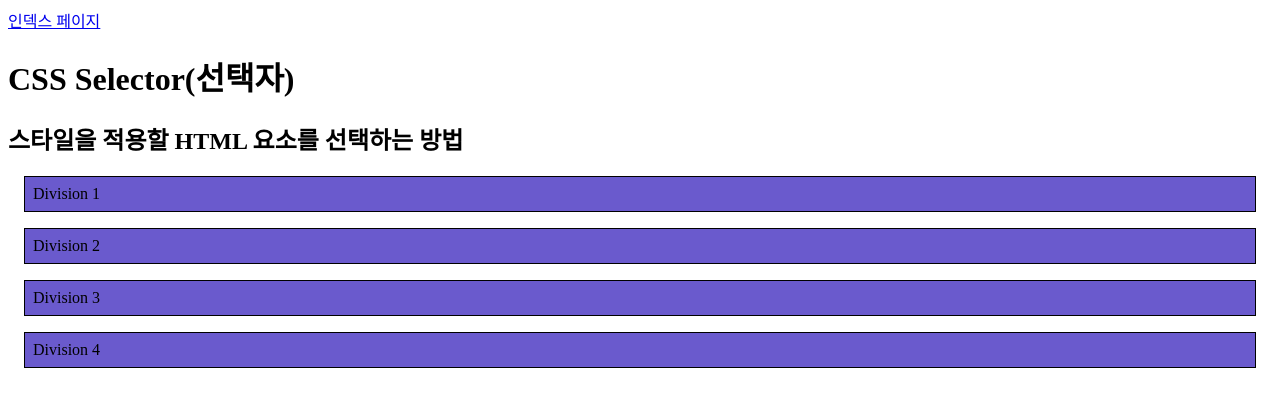
Repository: Sid0130/HTML
Page: lab-web/lab02_css/src/main/webapp/selector1.html
An editor plug-in stored every save of this project. The page is shown before and after a run of saves, followed by the edit.
The browser window is 1280 px wide. The pictures show the whole page.

Above is the page before, as saved 2024-12-04 08:09:09.

### lab-web/lab02_css/src/main/webapp/selector1.html
<!DOCTYPE html>
<html>
	<head>
		<meta charset="UTF-8">
		<title>Lab02 CSS</title>

        <style>
            /* 1. tag selector */
            div {
                border: 1px solid black;
                margin: 16px;
                padding: 8px;
                background-color: slateBlue;
            }
        </style>
	</head>
	<body>
		<nav> <!-- navigation division(페이지 이동 선택 메뉴 영역) -->
            <a href="index.html">인덱스 페이지</a>
        </nav>

        <main>
        <!-- **중요한 부분** -->
        <!--  마진이 겹치는 부분은 더 큰 여백으로 사용한다. -->
            <h1>CSS Selector(선택자)</h1>
            <h2>스타일을 적용할 HTML 요소를 선택하는 방법</h2>

            <div class = "color-white" >Division 1</div>
            <div class = "color-white" >Division 2</div>
            <div id="div3">Division 3</div>
            <div id="div4">Division 4</div>
        </main>
	</body>
</html>

<!--
CSS 문법: selector { property: value; ... }
selector: HTML 요소(element)를 찾는 방법.
1. 태그(tag) 이름: body, div, span, main, section, ...
2. 클래스(class) 속성 값: .class-name
   - HTML 태그 안에서 class 속성(attribute)에 설정한 값(이름).
   - 여러 개의 요소들을 한꺼번에 선택할때 주로 사용.
3. 아이디(id) 속성 값: #id-name
   - HTML 태그 안에서 id 속성에 설정한 값(이름).
   - HTML 파일 안에서 유일한 요소 1개를 선택할 때 주로 사용.
   - 같은 아이디가 여러 개 있는 경우에는, 같은 아이디의 모든 요소들을 선택함. (권장하지 않음)
4. *: 모든 HTML 요소.
5. pseudo selector(가상 선택자): 이벤트, ...
6. 자식 요소(child element)
-->

After the next 2 saves:
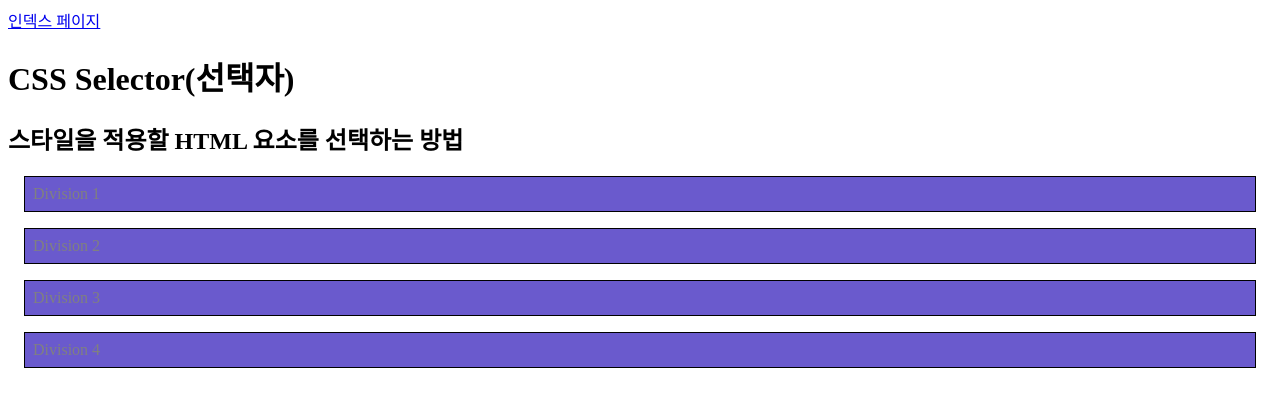
The 2 saves are shown as one change because they came seconds apart.
The last was saved 57 s later.
--- a/lab-web/lab02_css/src/main/webapp/selector1.html
+++ b/lab-web/lab02_css/src/main/webapp/selector1.html
@@ -10,7 +10,8 @@
                 border: 1px solid black;
                 margin: 16px;
                 padding: 8px;
-                background-color: slateBlue;
+                background-color: slateBlue; /* 바탕색 */
+                color: gray;
             }
         </style>
 	</head>

After the 2 saves that followed:
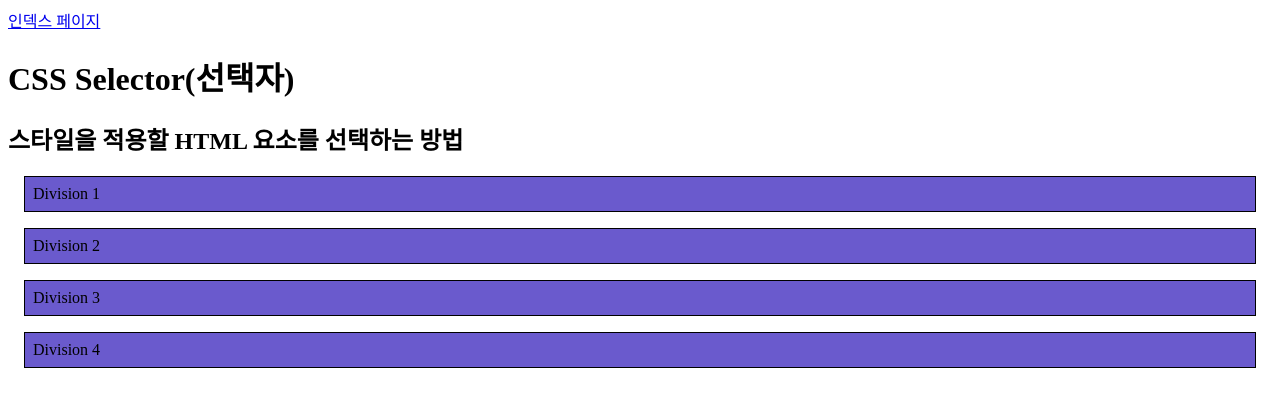
The 2 saves are shown as one change because 1 left the picture as it was.
The last was saved 48 s later.
--- a/lab-web/lab02_css/src/main/webapp/selector1.html
+++ b/lab-web/lab02_css/src/main/webapp/selector1.html
@@ -11,7 +11,7 @@
                 margin: 16px;
                 padding: 8px;
                 background-color: slateBlue; /* 바탕색 */
-                color: gray;
+                color: black; /* 글자색 */
             }
         </style>
 	</head>
